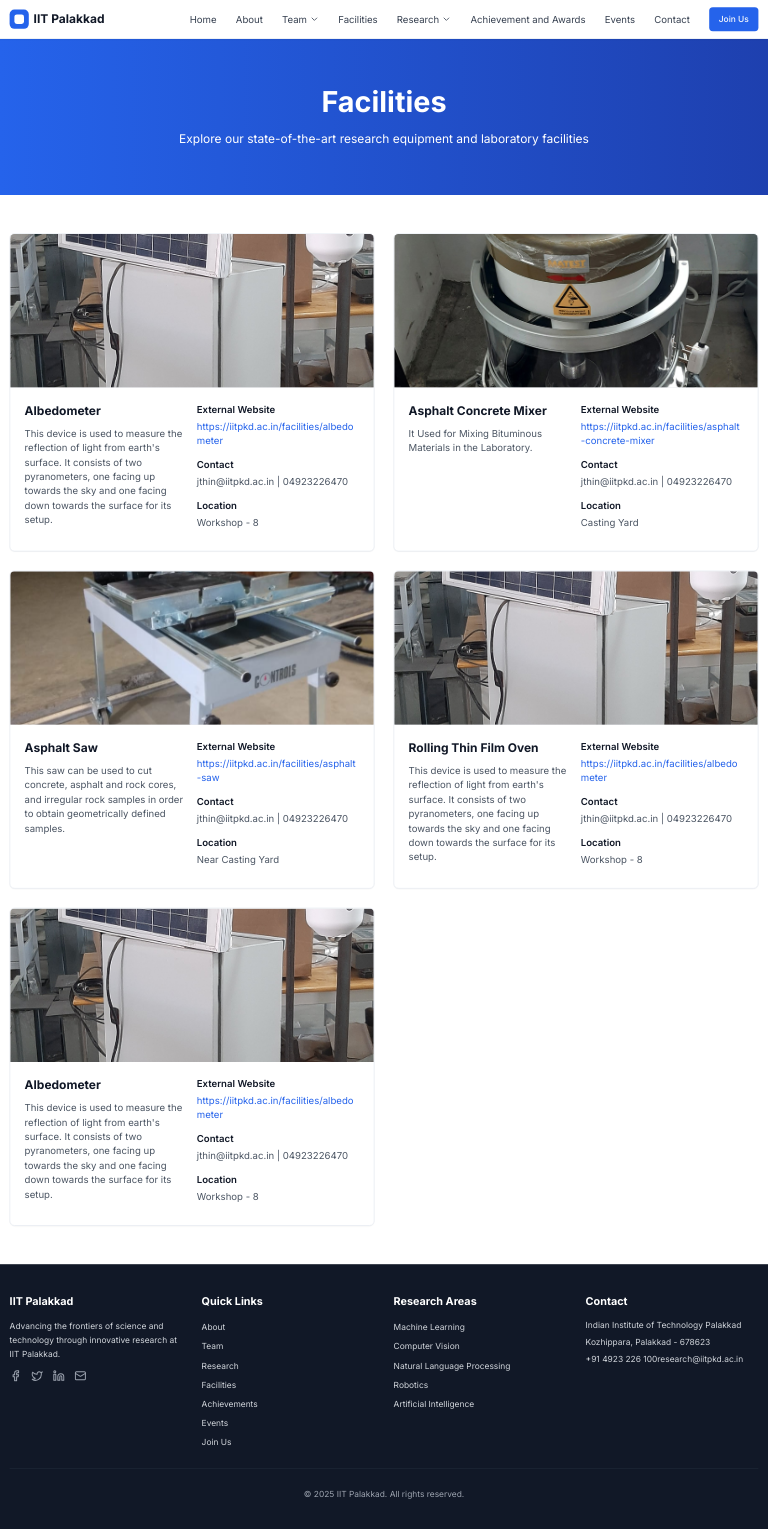
Repository: Gopikrish-30/ARISE
Page: /facilities
The author's editor kept a copy of each file at every save. The page is drawn from the files as they stood at one save, then again after a run of saves.
The browser window is 1280 px wide. The pictures show the whole page, at 60% of full size.
The project was rebuilt for these pictures with package versions that can differ from the ones it lists, and the page was loaded fresh each time. The framework's server and built-in components were replaced by stand-ins that run in the browser. Also part of the build but not shown: next.config.mjs.

Above is the page before, as saved 2025-06-27 22:49:16.

### app/layout.tsx
import type React from "react"
import type { Metadata } from "next"
import { Inter } from "next/font/google"
import "./globals.css"
import { Navbar } from "@/components/navbar"
import { Footer } from "@/components/footer"

const inter = Inter({ subsets: ["latin"] })

export const metadata: Metadata = {
  title: "IIT Palakkad - Department Showcase",
  description: "Advancing the frontiers of science and technology through innovative research at IIT Palakkad",
}

export default function RootLayout({
  children,
}: {
  children: React.ReactNode
}) {
  return (
    <html lang="en">
      <body className={inter.className}>
        <Navbar />
        <main className="min-h-screen">{children}</main>
        <Footer />
      </body>
    </html>
  )
}

### app/facilities/page.tsx
"use client"

import { Button } from "@/components/ui/button"
import { Card, CardContent } from "@/components/ui/card"
import { Badge } from "@/components/ui/badge"
import { Eye } from "lucide-react"
import { useState } from "react"

export default function FacilitiesPage() {
  const facilities = [
    {
      title: "Albedometer",
      description: "This device is used to measure the reflection of light from earth's surface. It consists of two pyranometers, one facing up towards the sky and one facing down towards the surface for its setup.",
      image: "/facilities/Albedometer_0.jpg?height=250&width=400&text=HPC+Cluster",
      externalLink: "https://iitpkd.ac.in/facilities/albedometer",
      contact: "jthin@iitpkd.ac.in | 04923226470",
      location: "Workshop - 8",
    },

    {
      title: "Asphalt Concrete Mixer",
      description: "It Used for Mixing Bituminous Materials in the Laboratory.",
      image: "/facilities/Asphalt-concrete-mixer.jpg?height=250&width=400&text=HPC+Cluster",
      externalLink: "https://iitpkd.ac.in/facilities/asphalt-concrete-mixer",
      contact: "jthin@iitpkd.ac.in | 04923226470",
      location: "Casting Yard",
    },

    {
      title: "Asphalt Saw",
      description: "This saw can be used to cut concrete, asphalt and rock cores, and irregular rock samples in order to obtain geometrically defined samples.",
      image: "/facilities/Asphalt saw.jpg?height=250&width=400&text=HPC+Cluster",
      externalLink: "https://iitpkd.ac.in/facilities/asphalt-saw",
      contact: "jthin@iitpkd.ac.in | 04923226470",
      location: "Near Casting Yard",
    },

    {
      title: "Rolling Thin Film Oven",
      description: "This device is used to measure the reflection of light from earth's surface. It consists of two pyranometers, one facing up towards the sky and one facing down towards the surface for its setup.",
      image: "/facilities/Albedometer_0.jpg?height=250&width=400&text=HPC+Cluster",
      externalLink: "https://iitpkd.ac.in/facilities/albedometer",
      contact: "jthin@iitpkd.ac.in | 04923226470",
      location: "Workshop - 8",
    },

    {
      title: "Albedometer",
      description: "This device is used to measure the reflection of light from earth's surface. It consists of two pyranometers, one facing up towards the sky and one facing down towards the surface for its setup.",
      image: "/facilities/Albedometer_0.jpg?height=250&width=400&text=HPC+Cluster",
      externalLink: "https://iitpkd.ac.in/facilities/albedometer",
      contact: "jthin@iitpkd.ac.in | 04923226470",
      location: "Workshop - 8",
    },

  ]

  // Removed categories and filtering as per user request


  const handleViewDetails = (facility: any) => {
    // Navigate to detailed facility page or open modal
    window.location.href = `/facilities/${facility.title.toLowerCase().replace(/\s+/g, "-")}`
  }

  const handleBookFacility = (facility: any) => {
    // Open booking form or navigate to booking page
    const subject = encodeURIComponent(`Facility Booking Request - ${facility.title}`)
    const body = encodeURIComponent(
      `I would like to book the ${facility.title} facility.\n\nDetails:\n- Purpose: \n- Date: \n- Duration: \n\nBest regards,`,
    )
    window.location.href = `mailto:facilities@iitpkd.ac.in?subject=${subject}&body=${body}`
  }

  const filteredFacilities = facilities

  return (
    <div className="bg-white min-h-screen">
      {/* Hero Section */}
      <section className="bg-gradient-to-r from-blue-600 to-blue-800 text-white py-20">
        <div className="container mx-auto px-4 text-center">
          <h1 className="text-4xl md:text-5xl font-bold mb-6">Facilities</h1>
          <p className="text-xl max-w-3xl mx-auto">
            Explore our state-of-the-art research equipment and laboratory facilities
          </p>
        </div>
      </section>

      {/* Facilities Content */}
      <section className="py-16">
        <div className="container mx-auto px-4">


          {/* Facilities Grid */}
          <div className="grid md:grid-cols-2 gap-8">
            {filteredFacilities.map((facility, index) => (
              <Card key={index} className="overflow-hidden group hover:shadow-lg transition-shadow">
                <div className="h-64 bg-gray-200 relative overflow-hidden">
                  <a href={facility.image || "/placeholder.svg"} target="_blank" rel="noopener noreferrer">
                    <img
                      src={facility.image || "/placeholder.svg"}
                      alt={facility.title}
                      className="w-full h-full object-cover group-hover:scale-110 transition-transform duration-300"
                    />
                  </a>
                </div>

                  <CardContent className="p-6 grid grid-cols-1 md:grid-cols-2 gap-4">
                    <div>
                      <h3 className="text-xl font-bold text-gray-900 mb-3">{facility.title}</h3>
                      <p className="text-gray-600 mb-4">{facility.description}</p>



                    </div>

                    <div className="space-y-4">
                      <div>
                        <h4 className="font-semibold text-gray-900 mb-1">External Website</h4>
                        <a
                          href={facility.externalLink}
                          target="_blank"
                          rel="noopener noreferrer"
                          className="text-blue-600 hover:underline break-all"
                        >
                          {facility.externalLink}
                        </a>
                      </div>

                      <div>
                        <h4 className="font-semibold text-gray-900 mb-1">Contact</h4>
                        <p className="text-gray-600 break-all">{facility.contact}</p>
                      </div>

                      <div>
                        <h4 className="font-semibold text-gray-900 mb-1">Location</h4>
                        <p className="text-gray-600">{facility.location}</p>
                      </div>
                  </div>
                </CardContent>
              </Card>
            ))}
          </div>
        </div>
      </section>
    </div>
  )
}

### app/globals.css
@tailwind base;
@tailwind components;
@tailwind utilities;

@layer base {
  :root {
    --background: 0 0% 100%;
    --foreground: 222.2 84% 4.9%;
    --card: 0 0% 100%;
    --card-foreground: 222.2 84% 4.9%;
    --popover: 0 0% 100%;
    --popover-foreground: 222.2 84% 4.9%;
    --primary: 221.2 83.2% 53.3%;
    --primary-foreground: 210 40% 98%;
    --secondary: 210 40% 96%;
    --secondary-foreground: 222.2 84% 4.9%;
    --muted: 210 40% 96%;
    --muted-foreground: 215.4 16.3% 46.9%;
    --accent: 210 40% 96%;
    --accent-foreground: 222.2 84% 4.9%;
    --destructive: 0 84.2% 60.2%;
    --destructive-foreground: 210 40% 98%;
    --border: 214.3 31.8% 91.4%;
    --input: 214.3 31.8% 91.4%;
    --ring: 221.2 83.2% 53.3%;
    --radius: 0.5rem;
  }

  .dark {
    --background: 222.2 84% 4.9%;
    --foreground: 210 40% 98%;
    --card: 222.2 84% 4.9%;
    --card-foreground: 210 40% 98%;
    --popover: 222.2 84% 4.9%;
    --popover-foreground: 210 40% 98%;
    --primary: 217.2 91.2% 59.8%;
    --primary-foreground: 222.2 84% 4.9%;
    --secondary: 217.2 32.6% 17.5%;
    --secondary-foreground: 210 40% 98%;
    --muted: 217.2 32.6% 17.5%;
    --muted-foreground: 215 20.2% 65.1%;
    --accent: 217.2 32.6% 17.5%;
    --accent-foreground: 210 40% 98%;
    --destructive: 0 62.8% 30.6%;
    --destructive-foreground: 210 40% 98%;
    --border: 217.2 32.6% 17.5%;
    --input: 217.2 32.6% 17.5%;
    --ring: 224.3 76.3% 94.1%;
  }
}

@layer base {
  * {
    @apply border-border;
  }
  body {
    @apply bg-background text-foreground;
  }
}

@layer utilities {
  .line-clamp-3 {
    display: -webkit-box;
    -webkit-line-clamp: 3;
    -webkit-box-orient: vertical;
    overflow: hidden;
  }
}

### components/footer.tsx
"use client"

import Link from "next/link"
import { Facebook, Twitter, Linkedin, Mail } from "lucide-react"

export function Footer() {
  const handleSocialClick = (platform: string) => {
    const socialLinks = {
      facebook: "https://facebook.com/iitpalakkad",
      twitter: "https://twitter.com/iitpalakkad",
      linkedin: "https://linkedin.com/school/iit-palakkad",
      email: "mailto:info@iitpkd.ac.in",
    }

    if (platform === "email") {
      window.location.href = socialLinks.email
    } else {
      window.open(socialLinks[platform], "_blank", "noopener,noreferrer")
    }
  }

  return (
    <footer className="bg-gray-900 text-white">
      <div className="container mx-auto px-4 py-12">
        <div className="grid md:grid-cols-4 gap-8">
          {/* About */}
          <div>
            <h3 className="text-lg font-bold mb-4">IIT Palakkad</h3>
            <p className="text-gray-300 text-sm leading-relaxed mb-4">
              Advancing the frontiers of science and technology through innovative research at IIT Palakkad.
            </p>
            <div className="flex space-x-4">
              <Facebook
                className="w-5 h-5 text-gray-400 hover:text-white cursor-pointer transition-colors"
                onClick={() => handleSocialClick("facebook")}
              />
              <Twitter
                className="w-5 h-5 text-gray-400 hover:text-white cursor-pointer transition-colors"
                onClick={() => handleSocialClick("twitter")}
              />
              <Linkedin
                className="w-5 h-5 text-gray-400 hover:text-white cursor-pointer transition-colors"
                onClick={() => handleSocialClick("linkedin")}
              />
              <Mail
                className="w-5 h-5 text-gray-400 hover:text-white cursor-pointer transition-colors"
                onClick={() => handleSocialClick("email")}
              />
            </div>
          </div>

          {/* Quick Links */}
          <div>
            <h3 className="text-lg font-bold mb-4">Quick Links</h3>
            <ul className="space-y-2">
              <li>
                <Link href="/about" className="text-gray-300 hover:text-white text-sm">
                  About
                </Link>
              </li>
              <li>
                <Link href="/team" className="text-gray-300 hover:text-white text-sm">
                  Team
                </Link>
              </li>
              <li>
                <Link href="/research" className="text-gray-300 hover:text-white text-sm">
                  Research
                </Link>
              </li>
              <li>
                <Link href="/facilities" className="text-gray-300 hover:text-white text-sm">
                  Facilities
                </Link>
              </li>
              <li>
                <Link href="/achievements" className="text-gray-300 hover:text-white text-sm">
                  Achievements
                </Link>
              </li>
              <li>
                <Link href="/events" className="text-gray-300 hover:text-white text-sm">
                  Events
                </Link>
              </li>
              <li>
                <Link href="/join-us" className="text-gray-300 hover:text-white text-sm">
                  Join Us
                </Link>
              </li>
            </ul>
          </div>

          {/* Research Areas */}
          <div>
            <h3 className="text-lg font-bold mb-4">Research Areas</h3>
            <ul className="space-y-2">
              <li>
                <span className="text-gray-300 text-sm">Machine Learning</span>
              </li>
              <li>
                <span className="text-gray-300 text-sm">Computer Vision</span>
              </li>
              <li>
                <span className="text-gray-300 text-sm">Natural Language Processing</span>
              </li>
              <li>
                <span className="text-gray-300 text-sm">Robotics</span>
              </li>
              <li>
                <span className="text-gray-300 text-sm">Artificial Intelligence</span>
              </li>
            </ul>
          </div>

          {/* Contact */}
          <div>
            <h3 className="text-lg font-bold mb-4">Contact</h3>
            <div className="space-y-2 text-sm text-gray-300">
              <p>Indian Institute of Technology Palakkad</p>
              <p>Kozhippara, Palakkad - 678623</p>
              <button
                onClick={() => (window.location.href = "tel:+914923226100")}
                className="hover:text-white transition-colors cursor-pointer"
              >
                +91 4923 226 100
              </button>
              <button
                onClick={() => (window.location.href = "mailto:research@iitpkd.ac.in")}
                className="hover:text-white transition-colors cursor-pointer"
              >
                research@iitpkd.ac.in
              </button>
            </div>
          </div>
        </div>

        <div className="border-t border-gray-800 mt-8 pt-8 text-center">
          <p className="text-gray-400 text-sm">© {new Date().getFullYear()} IIT Palakkad. All rights reserved.</p>
        </div>
      </div>
    </footer>
  )
}

### components/ui/card.tsx
import * as React from "react"

import { cn } from "@/lib/utils"

const Card = React.forwardRef<
  HTMLDivElement,
  React.HTMLAttributes<HTMLDivElement>
>(({ className, ...props }, ref) => (
  <div
    ref={ref}
    className={cn(
      "rounded-lg border bg-card text-card-foreground shadow-sm",
      className
    )}
    {...props}
  />
))
Card.displayName = "Card"

const CardHeader = React.forwardRef<
  HTMLDivElement,
  React.HTMLAttributes<HTMLDivElement>
>(({ className, ...props }, ref) => (
  <div
    ref={ref}
    className={cn("flex flex-col space-y-1.5 p-6", className)}
    {...props}
  />
))
CardHeader.displayName = "CardHeader"

const CardTitle = React.forwardRef<
  HTMLDivElement,
  React.HTMLAttributes<HTMLDivElement>
>(({ className, ...props }, ref) => (
  <div
    ref={ref}
    className={cn(
      "text-2xl font-semibold leading-none tracking-tight",
      className
    )}
    {...props}
  />
))
CardTitle.displayName = "CardTitle"

const CardDescription = React.forwardRef<
  HTMLDivElement,
  React.HTMLAttributes<HTMLDivElement>
>(({ className, ...props }, ref) => (
  <div
    ref={ref}
    className={cn("text-sm text-muted-foreground", className)}
    {...props}
  />
))
CardDescription.displayName = "CardDescription"

const CardContent = React.forwardRef<
  HTMLDivElement,
  React.HTMLAttributes<HTMLDivElement>
>(({ className, ...props }, ref) => (
  <div ref={ref} className={cn("p-6 pt-0", className)} {...props} />
))
CardContent.displayName = "CardContent"

const CardFooter = React.forwardRef<
  HTMLDivElement,
  React.HTMLAttributes<HTMLDivElement>
>(({ className, ...props }, ref) => (
  <div
    ref={ref}
    className={cn("flex items-center p-6 pt-0", className)}
    {...props}
  />
))
CardFooter.displayName = "CardFooter"

export { Card, CardHeader, CardFooter, CardTitle, CardDescription, CardContent }

### components/ui/button.tsx
import * as React from "react"
import { Slot } from "@radix-ui/react-slot"
import { cva, type VariantProps } from "class-variance-authority"

import { cn } from "@/lib/utils"

const buttonVariants = cva(
  "inline-flex items-center justify-center gap-2 whitespace-nowrap rounded-md text-sm font-medium ring-offset-background transition-colors focus-visible:outline-none focus-visible:ring-2 focus-visible:ring-ring focus-visible:ring-offset-2 disabled:pointer-events-none disabled:opacity-50 [&_svg]:pointer-events-none [&_svg]:size-4 [&_svg]:shrink-0",
  {
    variants: {
      variant: {
        default: "bg-primary text-primary-foreground hover:bg-primary/90",
        destructive:
          "bg-destructive text-destructive-foreground hover:bg-destructive/90",
        outline:
          "border border-input bg-background hover:bg-accent hover:text-accent-foreground",
        secondary:
          "bg-secondary text-secondary-foreground hover:bg-secondary/80",
        ghost: "hover:bg-accent hover:text-accent-foreground",
        link: "text-primary underline-offset-4 hover:underline",
      },
      size: {
        default: "h-10 px-4 py-2",
        sm: "h-9 rounded-md px-3",
        lg: "h-11 rounded-md px-8",
        icon: "h-10 w-10",
      },
    },
    defaultVariants: {
      variant: "default",
      size: "default",
    },
  }
)

export interface ButtonProps
  extends React.ButtonHTMLAttributes<HTMLButtonElement>,
    VariantProps<typeof buttonVariants> {
  asChild?: boolean
}

const Button = React.forwardRef<HTMLButtonElement, ButtonProps>(
  ({ className, variant, size, asChild = false, ...props }, ref) => {
    const Comp = asChild ? Slot : "button"
    return (
      <Comp
        className={cn(buttonVariants({ variant, size, className }))}
        ref={ref}
        {...props}
      />
    )
  }
)
Button.displayName = "Button"

export { Button, buttonVariants }

Loaded but not shown: lib/utils.ts (common file); tailwind.config.ts (common file); components/ui/dropdown-menu.tsx (200 lines, source omitted); components/navbar.tsx (136 lines, source omitted)

After the next 3 saves:
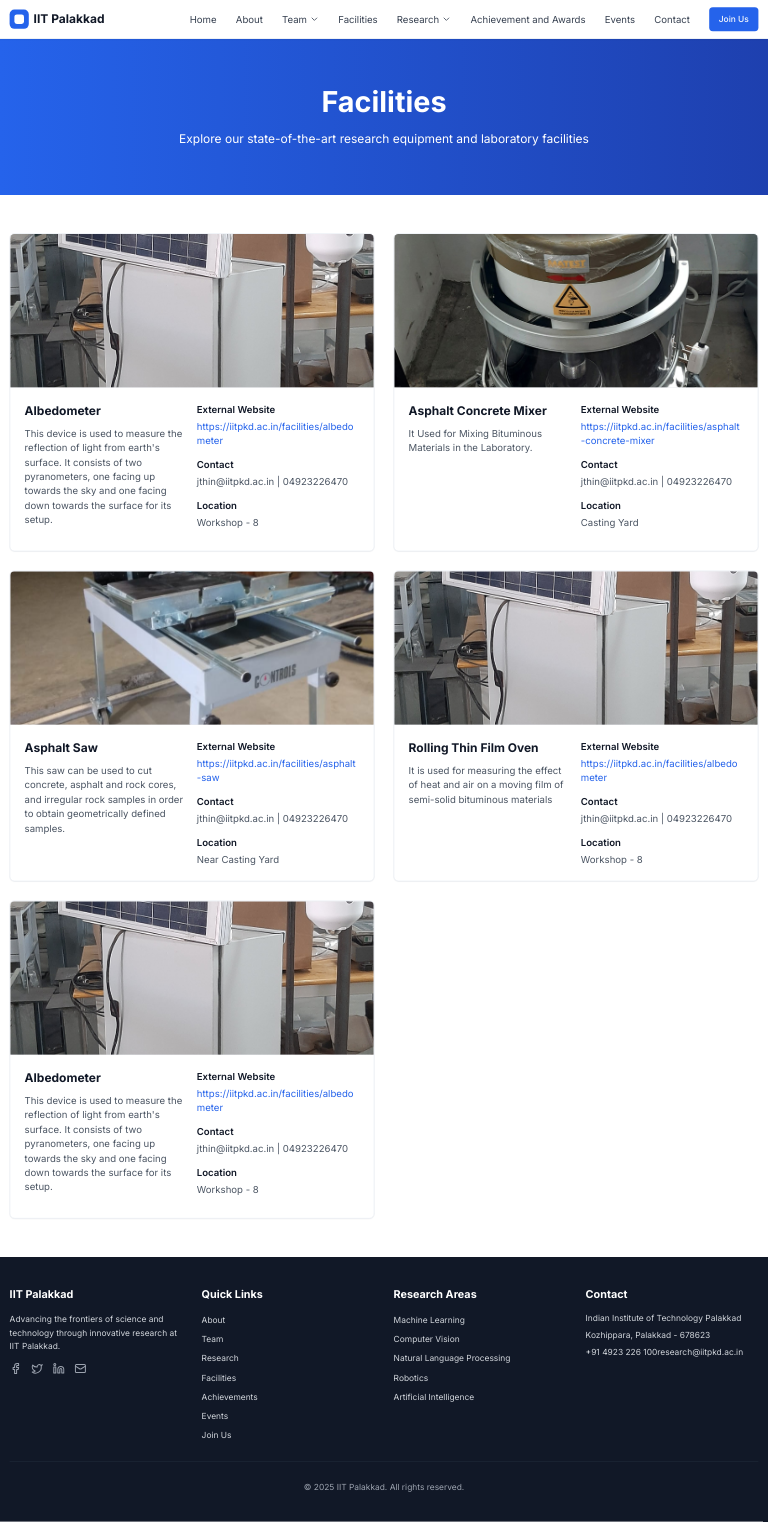
The 3 saves are shown as one change because they came seconds apart.
The last was saved 17 s later.
--- a/app/facilities/page.tsx
+++ b/app/facilities/page.tsx
@@ -37,7 +37,7 @@
 
     {
       title: "Rolling Thin Film Oven",
-      description: "This device is used to measure the reflection of light from earth's surface. It consists of two pyranometers, one facing up towards the sky and one facing down towards the surface for its setup.",
+      description: "It is used for measuring the effect of heat and air on a moving film of semi-solid bituminous materials",
       image: "/facilities/Albedometer_0.jpg?height=250&width=400&text=HPC+Cluster",
       externalLink: "https://iitpkd.ac.in/facilities/albedometer",
       contact: "jthin@iitpkd.ac.in | 04923226470",
